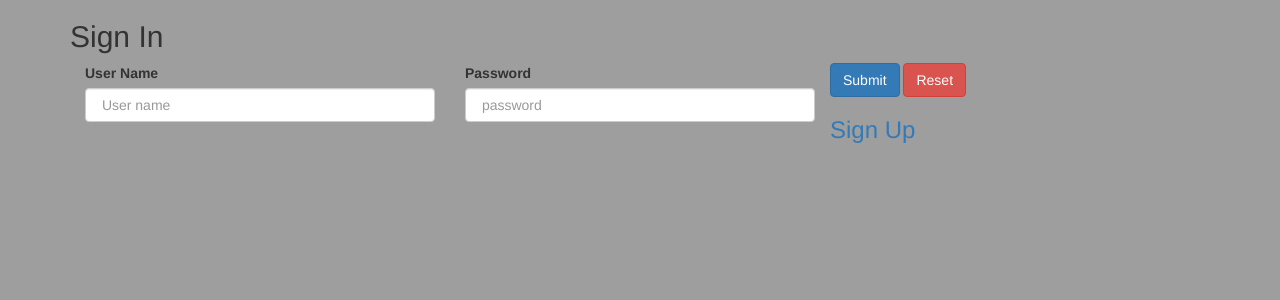
Repository: AravindMarshall/ShoppingCart
Page: http://localhost/Phineas/Login.jsp
These files come from the project's save history. The page is drawn as it stood at one moment and after the next save; the edit follows.
The browser window is 1280 px wide. The pictures show the whole page.
The page is served by Tomcat 9.

Above is the page before, as saved 2016-06-13 11:24:41.

After the next save:
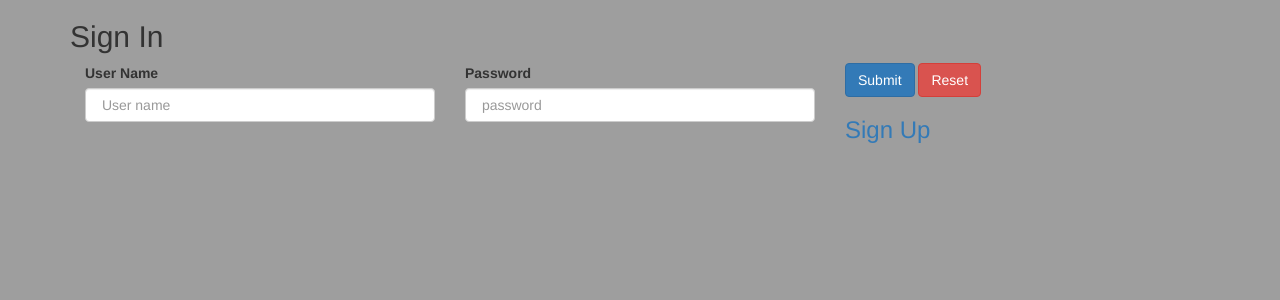
Saved 2 min 37 s later.
--- a/NIIT Shopping Cart/Phineas/WebContent/Login.jsp
+++ b/NIIT Shopping Cart/Phineas/WebContent/Login.jsp
@@ -31,9 +31,9 @@
 	<div class ="col-sm-4">
 	<label for ="Pass">Password</label>
 	<input type = "password" class="form-control" name = "password" placeholder=" password "></div>
-<button type="submit" class="btn btn-primary">Submit</button>
+<div class="col-sm-4"><button type="submit" class="btn btn-primary">Submit</button>
 <button type="Reset" class="btn btn-danger">Reset</button><br>
-<a href = "Register.jsp"><h3>Sign Up</h3></a></div>
+<a href = "Register.jsp"><h3>Sign Up</h3></a></div></div>
 </form>
 </div>
 </div>
